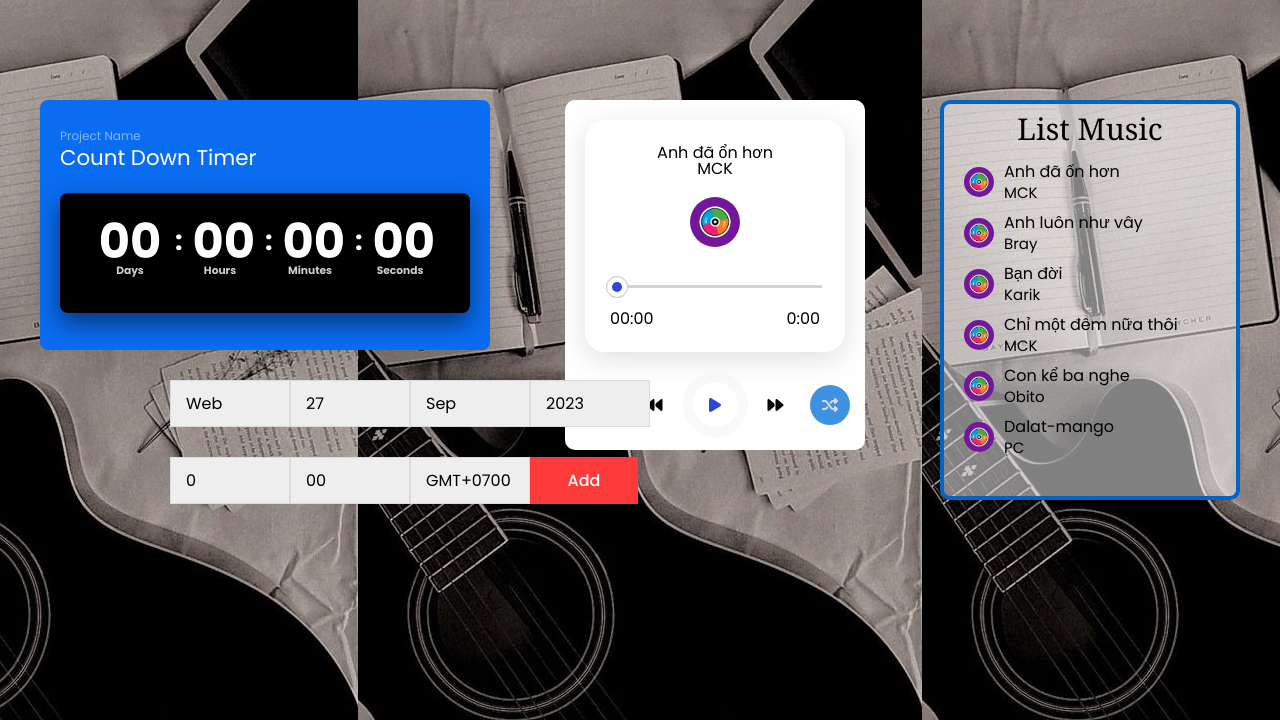
Repository: thuanpham00/CountDownTimer
Page: index.html
An editor plug-in stored every save of this project. The page is shown before and after a run of saves, followed by the edit.
The browser window is 1280 px wide. The pictures show the whole page.
Some web libraries are served in a nearby version. The style sheet was rebuilt from its Sass, Less or Tailwind sources for each picture, by a compiler version that may differ from the author's.

Above is the page before, as saved 2023-10-12 23:10:25.

### index.html
<!DOCTYPE html>
<html lang="en">
    <head>
        <meta charset="UTF-8" />
        <meta name="viewport" content="width=device-width, initial-scale=1.0" />
        <title>Count Down</title>
        <link rel="preconnect" href="https://fonts.googleapis.com" />
        <link rel="preconnect" href="https://fonts.gstatic.com" crossorigin />
        <link
            href="https://fonts.googleapis.com/css2?family=Roboto:wght@300;400;500;700;900&display=swap"
            rel="stylesheet"
        />
        <link rel="preconnect" href="https://fonts.googleapis.com" />
        <link rel="preconnect" href="https://fonts.gstatic.com" crossorigin />
        <link
            href="https://fonts.googleapis.com/css2?family=Poppins:wght@300;400;500;600;700;800&display=swap"
            rel="stylesheet"
        />
        <script src="https://kit.fontawesome.com/3115b3f4f1.js"></script>
        <link rel="stylesheet" href="./assets/css/main.css" />
        <link
            rel="apple-touch-icon"
            sizes="57x57"
            href="./assets/favicon/apple-icon-57x57.png"
        />
        <link
            rel="apple-touch-icon"
            sizes="60x60"
            href="./assets/favicon/apple-icon-60x60.png"
        />
        <link
            rel="apple-touch-icon"
            sizes="72x72"
            href="./assets/favicon/apple-icon-72x72.png"
        />
        <link
            rel="apple-touch-icon"
            sizes="76x76"
            href="./assets/favicon/apple-icon-76x76.png"
        />
        <link
            rel="apple-touch-icon"
            sizes="114x114"
            href="./assets/favicon/apple-icon-114x114.png"
        />
        <link
            rel="apple-touch-icon"
            sizes="120x120"
            href="./assets/favicon/apple-icon-120x120.png"
        />
        <link
            rel="apple-touch-icon"
            sizes="144x144"
            href="./assets/favicon/apple-icon-144x144.png"
        />
        <link
            rel="apple-touch-icon"
            sizes="152x152"
            href="./assets/favicon/apple-icon-152x152.png"
        />
        <link
            rel="apple-touch-icon"
            sizes="180x180"
            href="./assets/favicon/apple-icon-180x180.png"
        />
        <link
            rel="icon"
            type="image/png"
            sizes="192x192"
            href="./assets/favicon/android-icon-192x192.png"
        />
        <link
            rel="icon"
            type="image/png"
            sizes="32x32"
            href="./assets/favicon/favicon-32x32.png"
        />
        <link
            rel="icon"
            type="image/png"
            sizes="96x96"
            href="./assets/favicon/favicon-96x96.png"
        />
        <link
            rel="icon"
            type="image/png"
            sizes="16x16"
            href="./assets/favicon/favicon-16x16.png"
        />
        <link rel="manifest" href="./assets/favicon/manifest.json" />
        <meta name="msapplication-TileColor" content="#ffffff" />
        <meta
            name="msapplication-TileImage"
            content="./assets/favicon/ms-icon-144x144.png"
        />
        <meta name="theme-color" content="#ffffff" />
    </head>
    <body>
        <div class="timer">
            <div class="timer-wrapper">
                <div>
                    <label class="timer-title">Project Name</label>
                    <label class="timer-name">Count Down Timer</label>
                </div>
                <div class="counter">
                    <div class="days">
                        <div class="value" id="days">00</div>
                        <span>Days</span>
                    </div>

                    <div class="hours">
                        <div class="value" id="hours">00</div>
                        <span>Hours</span>
                    </div>

                    <div class="minutes">
                        <div class="value" id="minutes">00</div>
                        <span>Minutes</span>
                    </div>

                    <div class="seconds">
                        <div class="value" id="seconds">00</div>
                        <span>Seconds</span>
                    </div>
                </div>
            </div>
            <div class="player">
                <div class="player-box">
                    <div class="songs-container">
                        <h2></h2>
                        <p></p>
                        <img src="" alt="" class="img" />
                        <audio src="" controls id="song"></audio>
                    </div>
                    <div class="progress">
                        <input
                            type="range"
                            id="progress-bar"
                            min="0"
                            max=""
                            value="0"
                            class="bar"
                        />
                    </div>
                    <div class="player-number">
                        <span class="player-remaining">0:00</span>
                        <span class="player-duration">0:00</span>
                    </div>
                </div>
                <div class="player-row">
                    <div class="player-tool">
                        <i class="fa fa-backward player-prev"></i>
                        <i class="fa fa-play player-play"></i>
                        <i class="fa fa-forward player-next"></i>
                    </div>
                    <i class="fa-solid fa-shuffle random"></i>
                </div>
            </div>
            <div class="player-list">
                <h2 class="player-list__title">List Music</h2>
                <div class="player-list__wrapper"></div>
            </div>
        </div>
        <form class="form-timer">
            <input
                value="Web"
                type="text"
                name="day"
                placeholder="Thứ"
                class="dayInput"
            />
            <input
                type="text"
                name="date"
                placeholder="Ngày"
                value="27"
                class="dateInput"
            />
            <input
                type="text"
                name="month"
                placeholder="Tháng"
                value="Sep"
                class="monthInput"
            />
            <input
                type="number"
                name="year"
                placeholder="Năm"
                value="2023"
                class="yearInput"
            />
            <input
                type="number"
                name="hour"
                placeholder="Giờ"
                class="hourInput"
                value="0"
            />
            <input
                type="number"
                name="minute"
                placeholder="Phút"
                class="minuteInput"
                value="00"
            />
            <input
                type="text"
                name="GMT"
                value="GMT+0700 (Indochina Time)"
                class="hourInput"
            />
            <button class="todo__submit" type="submit">Add</button>
        </form>
        <script src="./assets/js/main.js"></script>
    </body>
</html>

### assets/js/main.js
window.addEventListener("load", function () {
    function TimerDate() {
        // this đại diện cho TimerDate
        this.daysText = document.querySelector("#days");
        this.hoursText = document.querySelector("#hours");
        this.minutesText = document.querySelector("#minutes");
        this.secondsText = document.querySelector("#seconds");
        this.formTimer = document.querySelector(".form-timer");

        this.formTimer.addEventListener("submit", (e) =>
            this.timerInputForm(e)
        );
    }
    new TimerDate();
    TimerDate.prototype.setTimer = function (
        dayInput,
        monthInput,
        dateInput,
        yearInput,
        hourInput,
        minuteInput,
        gmtInput
    ) {
        let currentTime = new Date().getTime();
        const endTime = new Date(
            yearInput,
            this.getMonthIndex(monthInput),
            dateInput,
            hourInput,
            minuteInput
        ).getTime();

        if (isNaN(endTime) || endTime - currentTime <= 0) return;
        const that = this; // that để lưu trữ tham chiếu đến đối tượng TimerDate (this).
        setInterval(function () {
            changeTimer.call(that);
        }, 500);
        changeTimer();

        function changeTimer() {
            let days, hours, minutes, seconds;
            const now = new Date();
            let startTime = now.getTime();
            let countDown = parseInt((endTime - startTime) / 1000);
            if (countDown > 0) {
                days = parseInt(countDown / 86400);
                countDown = countDown % 86400;
                hours = parseInt(countDown / 3600);
                countDown = countDown % 3600;
                minutes = parseInt(countDown / 60);
                countDown = countDown % 60;
                seconds = parseInt(countDown);

                // slice cắt và không thay đổi mảng gốc
                // splice cắt và làm thay đổi mảng gốc
                // nếu ở đây không gán that = this; thì this ở đây nó hiểu là của changeTimer
                that.daysText.textContent = `${days}`.slice(-2);
                that.hoursText.textContent = `${hours}`.slice(-2);
                that.minutesText.textContent = `${minutes}`.slice(-2);
                that.secondsText.textContent = `${seconds}`.slice(-2);
            }
        }
    };
    TimerDate.prototype.getMonthIndex = function (monthName) {
        const months = [
            "Jan",
            "Feb",
            "Mar",
            "Apr",
            "May",
            "Jun",
            "Jul",
            "Aug",
            "Sep",
            "Oct",
            "Nov",
            "Dec",
        ];
        return months.indexOf(monthName);
    };
    TimerDate.prototype.timerInputForm = function (e) {
        e.preventDefault();
        const dayInput = this.formTimer.elements["day"].value;
        const monthInput = this.formTimer.elements["month"].value;
        const dateInput = parseInt(this.formTimer.elements["date"].value);
        const yearInput = parseInt(this.formTimer.elements["year"].value);
        const hourInput = parseInt(this.formTimer.elements["hour"].value);
        const minuteInput = parseInt(this.formTimer.elements["minute"].value);
        const gmtInput = this.formTimer.elements["GMT"].value;
        this.setTimer(
            // chạy hàm
            dayInput,
            monthInput,
            dateInput,
            yearInput,
            hourInput,
            minuteInput,
            gmtInput
        );
    };

    // xử lý nhạc
    function MusicMp3() {
        this.container = document.querySelector(".songs-container");
        this.currentSongIndex = 0; // Đặt chỉ mục ban đầu thành 0 hoặc chỉ mục của bài hát mặc định
        const self = this; // để lưu trữ tham chiếu đến đối tượng MusicMp3 (this).
        this.listMusicRender = {
            songs: [
                {
                    name: "Anh đã ổn hơn",
                    singer: "MCK",
                    path: "./assets/files/anh-da-on-hon.mp3",
                    img: "./assets/img/mthis.png",
                },
                {
                    name: "Anh luôn như vây",
                    singer: "Bray",
                    path: "./assets/files/anh-luon-nhu-vay.mp3",
                    img: "./assets/img/mthis.png",
                },
                {
                    name: "Bạn đời",
                    singer: "Karik",
                    path: "./assets/files/ban-doi.mp3",
                    img: "./assets/img/mthis.png",
                },
                {
                    name: "Chỉ một đêm nữa thôi",
                    singer: "MCK",
                    path: "./assets/files/chi-mot-dem-nua-thoi.mp3",
                    img: "./assets/img/mthis.png",
                },
                {
                    name: "Con kể ba nghe",
                    singer: "Obito",
                    path: "./assets/files/con-ke-ba-nghe.mp3",
                    img: "./assets/img/mthis.png",
                },
                {
                    name: "Dalat-mango",
                    singer: "PC",
                    path: "./assets/files/dalat-mango.mp3",
                    img: "./assets/img/mthis.png",
                },
                {
                    name: "Đầu đường xó chợ",
                    singer: "Obito",
                    path: "./assets/files/dau-duong-xo-cho.mp3",
                    img: "./assets/img/mthis.png",
                },
                {
                    name: "Giờ thì ai cười",
                    singer: "HieuThuHai",
                    path: "./assets/files/gio-thi-ai-cuoi.mp3",
                    img: "./assets/img/mthis.png",
                },
                {
                    name: "Khi cơn mơ đang dần phai",
                    singer: "Tez",
                    path: "./assets/files/khi-con-mo-dang-dan-phai.mp3",
                    img: "./assets/img/mthis.png",
                },
                {
                    name: "Lần cuối",
                    singer: "Ngọt",
                    path: "./assets/files/lan-cuoi.mp3",
                    img: "./assets/img/mthis.png",
                },
                {
                    name: "Last night",
                    singer: "Hazel",
                    path: "./assets/files/last-night.mp3",
                    img: "./assets/img/mthis.png",
                },
                {
                    name: "Lệ lưu ly",
                    singer: "Vũ Phụng Tiên - DT",
                    path: "./assets/files/le-luu-ly.mp3",
                    img: "./assets/img/mthis.png",
                },
                {
                    name: "Miên man",
                    singer: "Minh Huy",
                    path: "./assets/files/mien-man.mp3",
                    img: "./assets/img/mthis.png",
                },
                {
                    name: "Nếu một ngày chúng ta không còn gặp",
                    singer: "Dick",
                    path: "./assets/files/neu-mot-ngay-chung-ta-khong-con-gap.mp3",
                    img: "./assets/img/mthis.png",
                },
                {
                    name: "Nghe như tình yêu",
                    singer: "MCK remake",
                    path: "./assets/files/nghe-nhu-tinh-yeu-mck.mp3",
                    img: "./assets/img/mthis.png",
                },
                {
                    name: "Quay lại giường đi em",
                    singer: "Hà lê",
                    path: "./assets/files/quay-lai-giuong-di-em.mp3",
                    img: "./assets/img/mthis.png",
                },
                {
                    name: "Rồi một ngày",
                    singer: "Dewie",
                    path: "./assets/files/roi-mot-ngay.mp3",
                    img: "./assets/img/mthis.png",
                },
                {
                    name: "Sinh nhật mùa thu",
                    singer: "Dewie",
                    path: "./assets/files/sinh-nhat-mua-thu.mp3",
                    img: "./assets/img/mthis.png",
                },
                {
                    name: "Tại vì sao",
                    singer: "MCK",
                    path: "./assets/files/tai-vi-sao.mp3",
                    img: "./assets/img/mthis.png",
                },
                {
                    name: "Tháng 11 có em",
                    singer: "Thanh Hòa",
                    path: "./assets/files/thang-11-co-em.mp3",
                    img: "./assets/img/mthis.png",
                },
                {
                    name: "Tình cờ yêu em",
                    singer: "Kunn Đức Nam",
                    path: "./assets/files/tinh-co-yeu-em.mp3",
                    img: "./assets/img/mthis.png",
                },
                {
                    name: "Tỉnh thức sau giấc ngủ đông",
                    singer: "Bray",
                    path: "./assets/files/tinh-giac-sau-mua-dong.mp3",
                    img: "./assets/img/mthis.png",
                },
                {
                    name: "Trên những đám mây",
                    singer: "Chillies",
                    path: "./assets/files/tren-nhung-dam-may.mp3",
                    img: "./assets/img/mthis.png",
                },
                {
                    name: "Vết thương",
                    singer: "Fishy",
                    path: "./assets/files/vet-thuong.mp3",
                    img: "./assets/img/mthis.png",
                },
                {
                    name: "Vì mẹ anh bắt chia tay",
                    singer: "Karik - Miu lê",
                    path: "./assets/files/vi-me-anh-bat-chia-tay.mp3",
                    img: "./assets/img/mthis.png",
                },
                {
                    name: "Vô điều kiện",
                    singer: "Obito",
                    path: "./assets/files/vo-dieu-kien.mp3",
                    img: "./assets/img/mthis.png",
                },
                {
                    name: "We go hard",
                    singer: "Rap Việt",
                    path: "./assets/files/we-go-hard.mp3",
                    img: "./assets/img/mthis.png",
                },
                {
                    name: "Welcome to my show",
                    singer: "Bray",
                    path: "./assets/files/welcome-to-my-show.mp3",
                    img: "./assets/img/mthis.png",
                },
                {
                    name: "Xuất phát điểm",
                    singer: "Obito",
                    path: "./assets/files/xuat-phat-diem.mp3",
                    img: "./assets/img/mthis.png",
                },
                {
                    name: "Yêu em dại khờ",
                    singer: "Lou hoàng",
                    path: "./assets/files/yeu-em-dai-kho.mp3",
                    img: "./assets/img/mthis.png",
                },
                // Thêm nhiều bài hát khác ở đây
            ],

            render: function () {
                const song = this.songs[self.currentSongIndex];
                const htmls = `<div class="song" data-index="${self.currentSongIndex}">
                        <h2 class="nameSong">${song.name}</h2>
                        <p>${song.singer}</p>
                        <img src="${song.img}" alt="${song.name}" class="img" />
                        <audio src="${song.path}" controls id="song" style="display: none"></audio>
                    </div>
                `;
                self.container.innerHTML = htmls;
            },
        };

        this.btnPlay = document.querySelector(".player-play");
        this.btnNext = document.querySelector(".player-next");
        this.btnPrev = document.querySelector(".player-prev");
        this.bar = document.querySelector(".bar");
        this.currentTimeText = document.querySelector(".player-remaining");
        this.durationTimeText = document.querySelector(".player-duration");
        this.audio = document.querySelector("#song");

        this.listMusicRender.render();
        this.playing = false;
        this.songs = this.listMusicRender.songs;

        this.btnPlay.addEventListener("click", (e) => this.playMusic());

        this.btnNext.addEventListener("click", () => this.handleChangeMusic(1));

        this.btnPrev.addEventListener("click", () =>
            this.handleChangeMusic(-1)
        );

        this.audio.addEventListener("ended", () => this.handleChangeMusic(1));

        this.bar.addEventListener(
            "change",
            (e) => (this.audio.currentTime = this.bar.value)
        );

        const timer = setInterval(() => this.checkTimer(), 1000); // chạy hàm sau mỗi lần 1s để nó reset tăng lên thời gian hiện tại (currentTime)

        this.random = document.querySelector(".random");
        this.random.addEventListener("click", () => this.randomMusic());
        this.nameSong = document.querySelector(".nameSong");

        this.listMusic = document.querySelector(".player-list__wrapper");
        setTimeout(() => this.printListMusic(), 200);
    }
    new MusicMp3();
    MusicMp3.prototype.playMusic = function () {
        this.audio.setAttribute(
            "src",
            `${this.listMusicRender.songs[this.currentSongIndex].path}`
        );
        if (this.playing) {
            this.playing = false;
            this.btnPlay.classList.remove("fa-pause");
            this.btnPlay.classList.add("fa-play");
            this.audio.pause();
        } else {
            this.playing = true;
            this.btnPlay.classList.remove("fa-play");
            this.btnPlay.classList.add("fa-pause");
            this.audio.play();
        }
    };

    MusicMp3.prototype.handleChangeMusic = function (dir) {
        if (dir === 1) {
            this.currentSongIndex++;
            if (this.currentSongIndex >= this.songs.length) {
                this.currentSongIndex = 0;
            }
            this.playSelectedSong(this.currentSongIndex);
        } else if (dir === -1) {
            this.currentSongIndex--;
            if (this.currentSongIndex < 0) {
                this.currentSongIndex = this.songs.length - 1;
            }
            this.playSelectedSong(this.currentSongIndex);
        }
    };

    MusicMp3.prototype.playSelectedSong = function (songIndex) {
        this.currentSongIndex = songIndex; // Cập nhật chỉ mục bài hát hiện tại
        this.listMusicRender.render(); // Cập nhật giao diện người dùng
        this.audio.src = this.listMusicRender.songs[this.currentSongIndex].path;
        this.audio.play();
        this.playing = true;
        this.btnPlay.classList.remove("fa-play");
        this.btnPlay.classList.add("fa-pause");
    };

    MusicMp3.prototype.checkTimer = function () {
        const { duration, currentTime } = this.audio;
        this.bar.max = this.audio.duration;
        this.bar.value = this.audio.currentTime;
        this.currentTimeText.textContent = this.formatTimeMusic(currentTime);
        if (!duration) {
            this.durationTimeText.textContent = "0:00";
        } else {
            this.durationTimeText.textContent = this.formatTimeMusic(duration);
        }
    };

    MusicMp3.prototype.formatTimeMusic = function (number) {
        const minutes = parseInt(Math.floor(number / 60));
        const seconds = parseInt(Math.floor(number - minutes * 60));
        return `0${minutes}:${seconds < 10 ? "0" + seconds : seconds}`;
    };

    MusicMp3.prototype.randomMusic = function () {
        // random với độ dài mảng ròi làm tròn lên sau đó gán bằng currentSongIndex sau đó đem vào hàm playSelectedSong (phát nhạc)
        const random = Math.floor(
            this.listMusicRender.songs.length * Math.random()
        );
        this.currentSongIndex = random;
        this.playSelectedSong(this.currentSongIndex);
    };

    MusicMp3.prototype.printListMusic = function () {
        const that2 = this;
        this.listMusicRender.songs.forEach((item, index) => {
            const itemMusic = `<div class="song song-row itemMusicView" data-index="${index}">
            <img src="${item.img}" alt="${item.name}" class="img img-2" />
            <div>
                <h2 class="nameSong">${item.name}</h2>
                <p class="nameSinger">${item.singer}</p>
                <audio src="${item.path}" controls id="song" style="display: none"></audio>
            </div>
        </div>
    `;
            this.listMusic.insertAdjacentHTML("beforeend", itemMusic);
        });
        const itemMusicView = document.querySelectorAll(".itemMusicView");
        [...itemMusicView].forEach((item) =>
            item.addEventListener("click", function (e) {
                const pathMusic = item.dataset.index;
                console.log(pathMusic);
                that2.currentSongIndex = pathMusic;
                that2.playSelectedSong(that2.currentSongIndex);
                // this.playSelectedSong()
            })
        );
    };

    MusicMp3.prototype.handleClickMusicItem = function () {
        console.log("kaka");
    };
});
// const itemMusicView = document.querySelectorAll(".itemMusicView");
// [...itemMusicView].forEach((item) => console.log(item));
// console.log(itemMusicView);

Loaded but not shown: scss/main.scss (564 lines, source omitted)

After the next 2 saves:
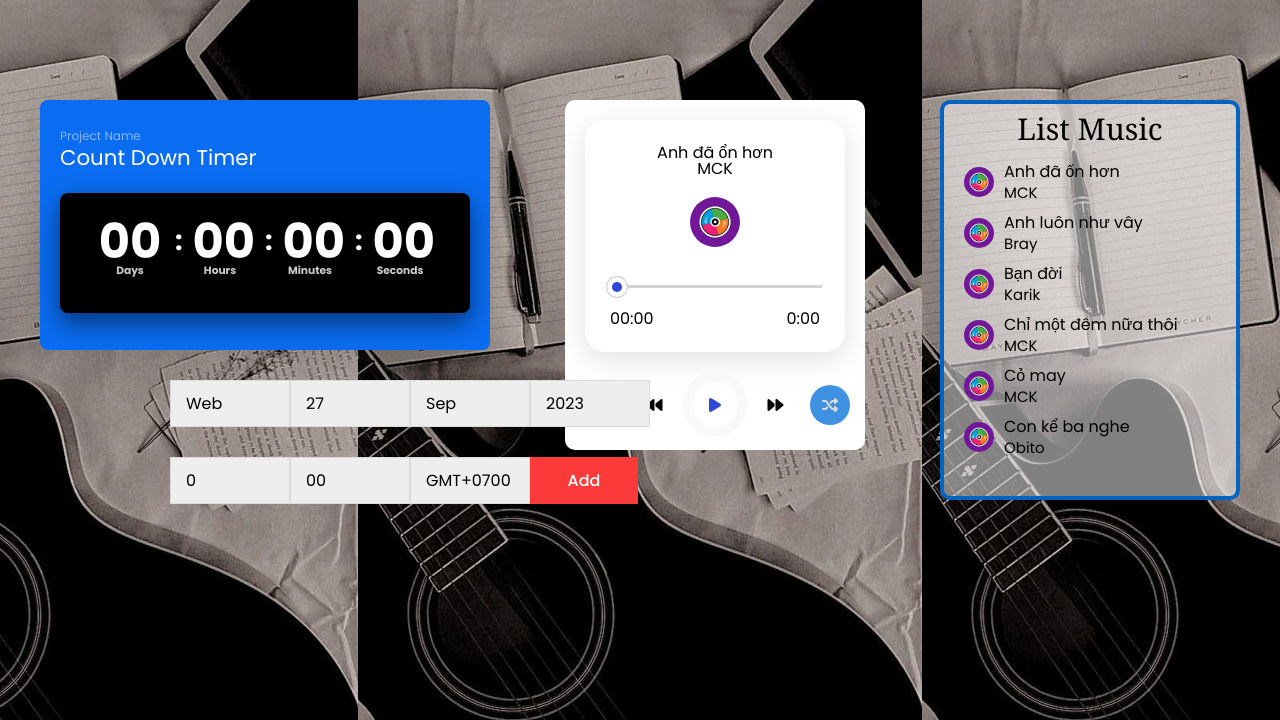
The 2 saves are shown as one change because they came seconds apart.
The last was saved 43 s later.
--- a/assets/js/main.js
+++ b/assets/js/main.js
@@ -126,6 +126,12 @@ window.addEventListener("load", function () {
                 },
                 {
                     name: "Chỉ một đêm nữa thôi",
+                    singer: "MCK",
+                    path: "./assets/files/chi-mot-dem-nua-thoi.mp3",
+                    img: "./assets/img/mthis.png",
+                },
+                {
+                    name: "Cỏ may",
                     singer: "MCK",
                     path: "./assets/files/chi-mot-dem-nua-thoi.mp3",
                     img: "./assets/img/mthis.png",
